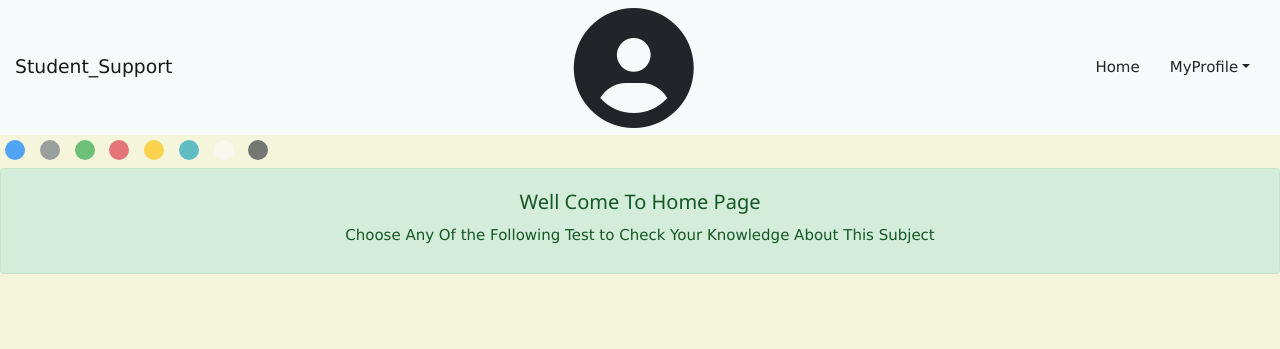
Repository: FeelHack/STUDENT-EXAMINATION-SYSTEM
Page: http://localhost/Exam_System/Admin/ViewQuestion.jsp
An editor plug-in stored every save of this project. The page is shown before and after the next save, followed by the edit.
The browser window is 1280 px wide. The pictures show the whole page.
Some web libraries are served in a nearby version. The page is served by Tomcat 9.

Above is the page before, as saved 2020-03-10 08:50:00.

After the next save:
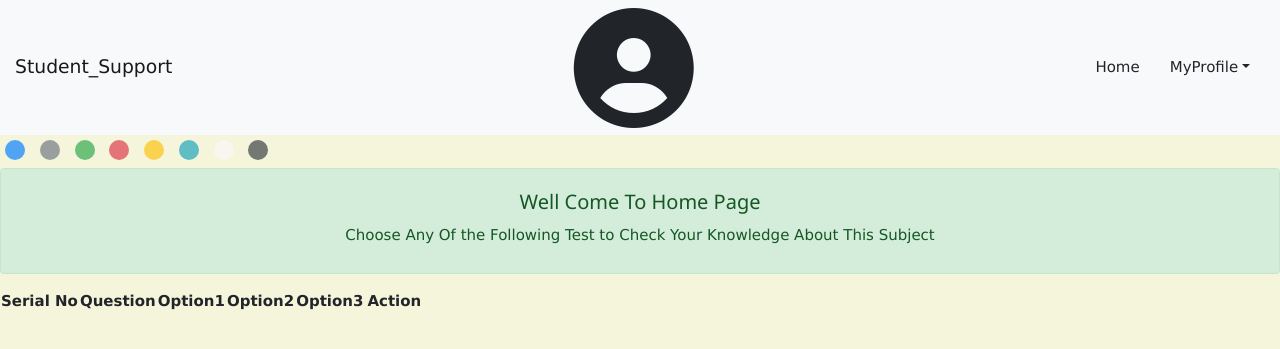
Saved 2 min 12 s later.
--- a/Exam System/WebContent/Admin/ViewQuestion.jsp
+++ b/Exam System/WebContent/Admin/ViewQuestion.jsp
@@ -13,6 +13,18 @@
 <body>
          <jsp:include page="../homeHeader.jsp"></jsp:include>
 
+
+         <table>
+                <tr>
+            		 <th>Serial No </th>
+            		 <th>Question</th>
+            		 <th>Option1</th>
+            		 <th>Option2</th>
+            	     <th>Option3</th>
+            	     <th></th>
+            		 <th>Action</th>
+               </tr>
+
          <%
          Connection con=ConnectionClass.createConnection();
          String qry="select *from Question";
